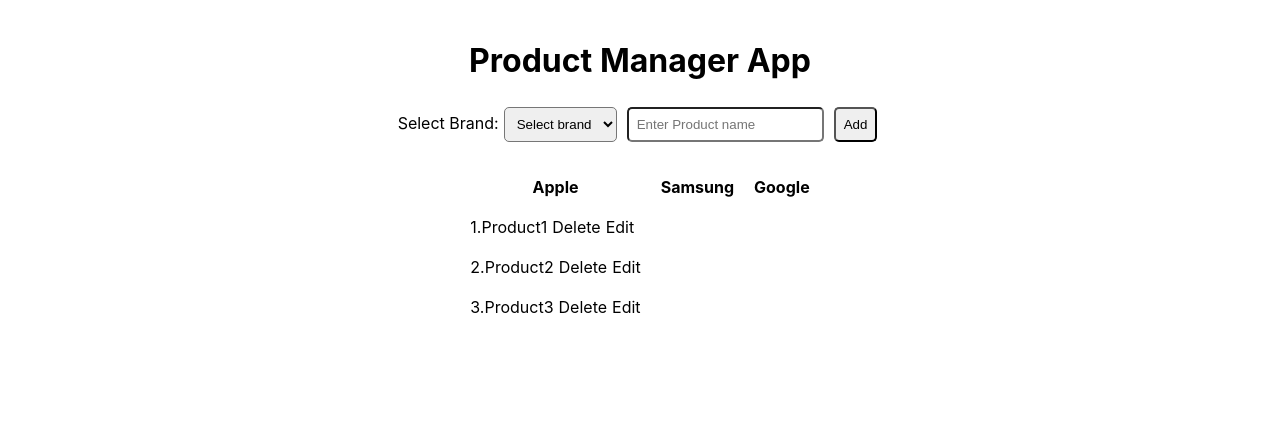
Repository: sunilkc-7/product-manager-app
Page: /
These files come from the project's save history. The page is drawn as it stood at one moment and after the next save; the edit follows.
The browser window is 1280 px wide. The pictures show the whole page.
The project was rebuilt for these pictures with package versions that can differ from the ones it lists, and the page was loaded fresh each time.

Above is the page before, as saved 2023-07-31 20:43:39.

After the next save:
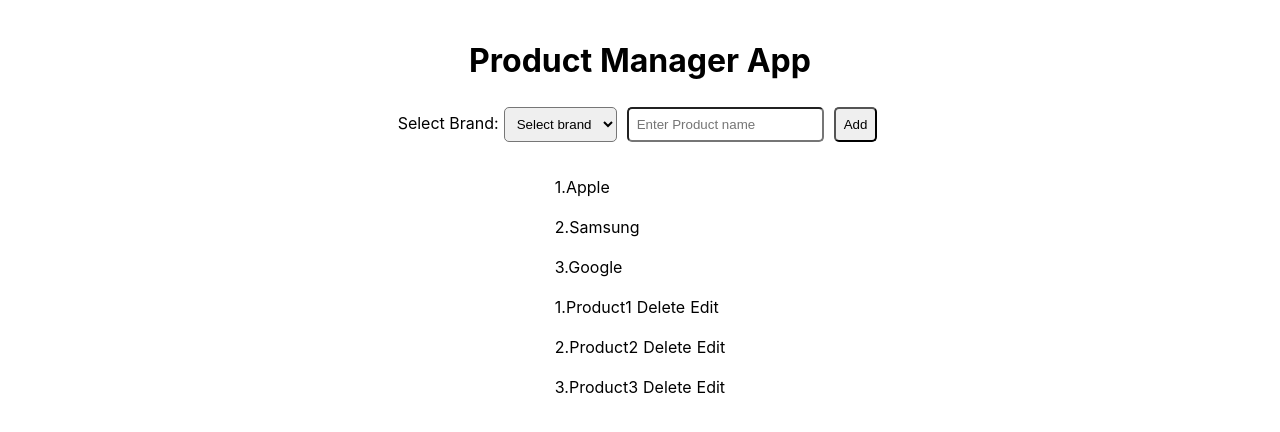
Saved 6 min 40 s later.
--- a/src/App.js
+++ b/src/App.js
@@ -27,11 +27,18 @@
 
       <table>
         <thead>
-          <tr>
+          {productList.map((productHead, idx) => (
+            <tr>
+              <td>
+                {idx + 1}.{productHead.brand}
+              </td>
+            </tr>
+          ))}
+          {/* <tr>
             <th>Apple</th>
             <th>Samsung</th>
             <th>Google</th>
-          </tr>
+          </tr> */}
         </thead>
         <tbody>
           {productList.map((product, idx) => (
